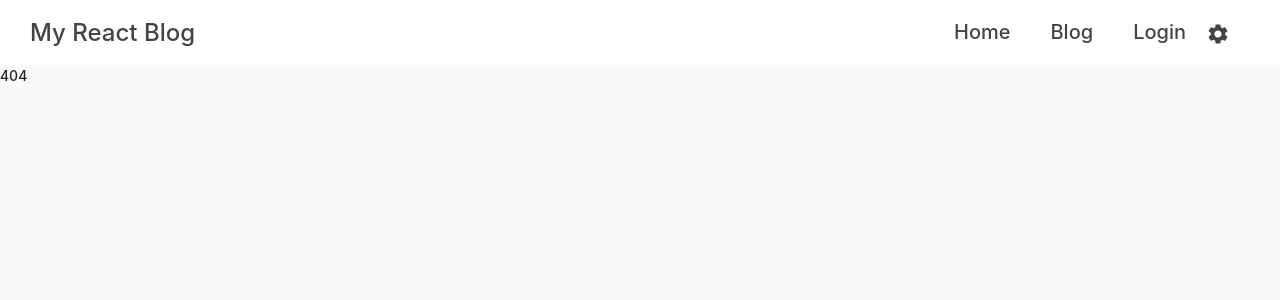
Repository: Kaycee-attah/react_blog
Page: /
An editor plug-in stored every save of this project. The page is shown before and after the next save, followed by the edit.
The browser window is 1280 px wide. The pictures show the whole page.
The project was rebuilt for these pictures with package versions that can differ from the ones it lists, and the page was loaded fresh each time.

Above is the page before, as saved 2021-10-09 17:51:25.

### src/index.js
import React from 'react';
import ReactDOM from 'react-dom';
import App from './App';
import reportWebVitals from './reportWebVitals';
import './assets/scss/base.scss';
import 'antd/dist/antd.css';
import "@quasar/extras/ionicons-v4/ionicons-v4.css";

ReactDOM.render(
  <React.StrictMode>
    <App />
  </React.StrictMode>,
  document.getElementById('root')
);

// If you want to start measuring performance in your app, pass a function
// to log results (for example: reportWebVitals(console.log))
// or send to an analytics endpoint. Learn more: https://bit.ly/CRA-vitals
reportWebVitals();

### src/App.js
import React, { useState, useEffect } from "react";
import Navigation from "./components/navigation";
import {BrowserRouter as Router, Switch, Route, Redirect} from 'react-router-dom';
import PageRenderer from "./page-renderer";
import {usersSelectedModeContext} from "./contexts/usersSelectedModeContext";
import {sidebarContext} from "./contexts/sidebarContext";
import { settingsContext } from "./contexts/settingsContext";
import {SwipeProvider} from "./contexts/swipeContext";

function App() {
  const [darkMode, setDarkMode] =useState(getInitialMode());
  const [menuActive, setMenuActive] = useState(false);
  const [settingsMenu, setSettingsMenu] = useState(false);
  useEffect(() => {
    localStorage.setItem('darkMode', JSON.stringify(darkMode));
    // return () => {
    //     cleanup
    // }
}, [darkMode])

function getInitialMode() {
    const savedMode = JSON.parse(localStorage.getItem('darkMode'));
    return savedMode || false;
};
  return (
    <Router>
      <div className={darkMode ? "App-darkMode" : "App-lightMode"}>
        <usersSelectedModeContext.Provider value={{darkMode, setDarkMode}}>
          <sidebarContext.Provider value={{menuActive, setMenuActive}}>
            < settingsContext.Provider value={{settingsMenu, setSettingsMenu}} >
              <SwipeProvider>
                <Navigation/>
                <Switch>
                  <Route path="/:page" component={PageRenderer} />
                  <Route path="/" render={() => <Redirect to="/home" />} />
                  <Route component={() => 404} />
                </Switch>
              </SwipeProvider>
            </settingsContext.Provider>
          </sidebarContext.Provider>
        </usersSelectedModeContext.Provider>
      </div>
    </Router>

  );
}

export default App;

### src/assets/scss/base.scss
 @import './_variables';
 @import './_navigation';

 .App-darkMode {
    background-color: #4c1b11;
 };

 .App-darkMode nav{
    background-color: #4c1b11;
 };

 .App-darkMode nav .settings-dropDown-Menu-Card-true .settings-dropDown-Menu{
    background-color: #4c1b11;
 };

 html body{
     font-family: -apple-system, BlinkMacSystemFont, 'Segoe UI', Roboto, Oxygen, Ubuntu, Cantarell, 'Open Sans', 'Helvetica Neue', sans-serif;
     font-weight: 500;
     margin: 0;
     background-color: $body-background-color;
 };

### src/components/navigation.js
import React, { useContext } from "react";
import { IoIosMenu } from "react-icons/io"
import { Sidebar } from "./Sidebar";
import { sidebarContext } from "../contexts/sidebarContext";
import { useSwipe } from "../contexts/swipeContext";
import { AiOutlineMore } from "react-icons/ai";
import { MdOutlineMenuOpen } from "react-icons/md";
import { settingsContext } from "../contexts/settingsContext";
import { Avatar } from 'antd';
import { UserOutlined } from '@ant-design/icons';
import { MdLightMode, MdNightlight } from "react-icons/md";
import { usersSelectedModeContext } from "../contexts/usersSelectedModeContext";

export default function Navigation(){
    const {menuActive, setMenuActive} = useContext(sidebarContext);
    const {settingsMenu, setSettingsMenu} = useContext(settingsContext);
    const {darkMode, setDarkMode} = useContext(usersSelectedModeContext);
    const { handleTouchStart } = useSwipe();
    const { handleTouchEnd } = useSwipe();
    const { handleTouchMove } = useSwipe();

    function handleMore() {
        setSettingsMenu(!settingsMenu);
    };
    return(

        <nav onTouchStart={handleTouchStart} onTouchEnd={handleTouchEnd} onTouchMove={handleTouchMove} className='Blog-Navigation'>
            <span onClick={() => setMenuActive(!menuActive)} className={`menu-icon ${!menuActive && 'active'}`}>
                <IoIosMenu style={{display: !menuActive ? "flex" : "none"}}/>
                <MdOutlineMenuOpen style={{display: menuActive ? "flex" : "none"}}/>
            </span>
            <span className="menu-title">My React Blog</span>
            <span className={`more-icon`} onClick={handleMore}>
                <AiOutlineMore />
            </span>
            <div className={`more-icon-dropDown-Menu-Card-${settingsMenu}`}>
                        <div className="more-icon-dropDown-Menu">
                            <div className="users-avatar">
                                <Avatar icon={<UserOutlined />} size={38}/>
                                <span className="users-avatar-name">Attah Kelechi</span>
                            </div>
                            <div className="toggle-mode-wrapper">
                                <div className="toggle-mode-container">
                                    <MdLightMode />
                                    <label>
                                        <input checked={darkMode} type="checkbox"/>
                                        <span onClick={() => setDarkMode(prevMode => !prevMode)} className="check"></span>
                                    </label>
                                    <MdNightlight />
                                </div>
                            </div>
                        </div>
                    </div>
            <Sidebar />
        </nav>
    )
}

### src/page-renderer.js
import React from 'react';
import { useRouteMatch } from 'react-router-dom';

const generatePage = page => {
    const component = () => require(`./pages/${page}`).default

/*---------            this generates each page dynamically         ---------*/
    try {
        return React.createElement(component())
    } catch (error) {
        console.warn(error);
 /*---------            this creates the 404 page seen         ---------*/
        return React.createElement(() => 404)
    }
}

export default function PageRenderer() {

    const {
        params: { page }
    } = useRouteMatch()

    return generatePage(page)
}

### src/contexts/usersSelectedModeContext.js
import { createContext } from "react";

export const usersSelectedModeContext = createContext(null);

### src/contexts/sidebarContext.js
import { createContext } from "react";

export const sidebarContext = createContext(false);

### src/contexts/settingsContext.js
import { createContext } from "react";

export const settingsContext = createContext(null);

### src/contexts/swipeContext.js
import React, { useContext, useState } from 'react';
import { sidebarContext } from './sidebarContext';

const SwipeAbleContext = React.createContext();

export function useSwipe() {
    return useContext(SwipeAbleContext);
}

export function SwipeProvider({ children }) {
    const {menuActive, setMenuActive} = useContext(sidebarContext);
    const [touchStart, setTouchStart] = useState(0);
    const [touchEnd, setTouchEnd] = useState(0);

    function handleTouchStart(e) {
        setTouchStart(e.targetTouches[0].clientX)
    };

    function handleTouchMove(e) {
        setTouchEnd(e.targetTouches[0].clientX)
    };

    function handleTouchEnd() {
        if(touchStart - touchEnd > 150 && menuActive) {
            setMenuActive(false)

        }

        if(touchStart - touchEnd < -150 && !menuActive) {
            setMenuActive(true);

        }
    }


    const value = {
        handleTouchStart,
        handleTouchEnd,
        handleTouchMove
    }

    return (
        <SwipeAbleContext.Provider value={value}>
            {children}
        </SwipeAbleContext.Provider>
    )
}

### src/assets/scss/_variables.scss
/*      ----------      all colors for different points in the appliation(normal screen size eg laptops)      -----------------------------------------      */
$body-background-color: #f8f9fa;
$input-type-checkbox-Checked: #f8f8f8;
$navigation-link-color-onHover: #2997ff;
$navigation-link-color: #444;
$navigation-background-color: white;
$settings-dropDown-Menu-Card-backGroundColor: #f8f8f8;
$settings-dropDown-Menu-backGroundColor: white;
$toggle-checkbox-darkMode-backgroundColor: #092c3e;
$toggle-checkbox-lightMode-backgroundColor: #f8f8f8;
$toggle-checkbox-lightMode-check-before-backgroundColor: #f8f8f8;
$toggle-checkbox-darkMode-check-after-backgroundColor: #092c3e;

/*      ----------      all colors for different points in the appliation(smaller screen sizes eg mobile devies, tablets)      -----------------------------------------      */
$sideBar-backgroundColor: #fefce4;

### src/assets/scss/_navigation.scss
.Blog-Navigation {
    height: 65px;
    width: 100%;
    background: $navigation-background-color;
    display: flex;
    justify-content: space-between;
    color: $navigation-link-color;

    .more-icon {
        display: none;
    };

    .more-icon-dropDown-Menu-Card-true {
        display: none;
    };

    .more-icon-dropDown-Menu-Card-false {
        display: none;
    }

    .menu-title {
        font-size: 24px;
        font-weight: 500;
        display: flex;
        align-items: center;
        margin-left: 30px;
    };

    .menu-content-container {
        display: flex;
        align-items: center;
        padding-right: 30px;
        ul {
            height: 100%;
            margin-block-start: 0;
            margin-block-end: 0;
            padding-inline-start: 0;
            display: flex;
            align-items: center;
            list-style-type: none;
            padding-right: 20px;

            a {
                text-decoration: none;
                padding: 0 20px 0 20px;
                font-size: 20px;
                color: $navigation-link-color;

                &:hover {
                    color: $navigation-link-color-onHover;
                };

            };

            .settings-icon {
                margin-top: 10px;
                font-size: 24px;
                font-weight: 500;
                position: relative;
            };

            .settings-dropDown-Menu-Card-true {
                background-color: $settings-dropDown-Menu-Card-backGroundColor;
                position: absolute;
                display: flex;
                justify-content: center;
                align-items: center;
                height: 150px;
                width: 20%;
                right: 1%;
                top: 65px;
                border-radius: 7px;


                .settings-dropDown-Menu {
                    background-color: $settings-dropDown-Menu-backGroundColor;
                    height: 84%;
                    width: 94%;
                    display: flex;
                    flex-direction: column;
                    justify-content: space-around;
                    align-items: center;
                    border-radius: 7px;
                    box-sizing: border-box;
                    box-shadow: 0 9px 12px rgba(0, 0, 0, 0.16), 0 3px 6px rgba(0, 0, 0, 0.23);

                    .users-avatar {
                        padding-top: 8px;
                        display: flex;
                        flex-direction: column;
                        justify-content: space-around;
                        align-items: center;
                        height: 60%;
                        width: 100%;

                        .ant-avatar {
                            border: 1px solid
                        };
                        .ant-avatar-icon {
                            margin: 0;

                            .anticon {
                                margin: 3.3px
                            }
                        }
                        .users-avatar-name {
                            font-size: 16.5px
                        };
                    };

                    .toggle-mode-wrapper {
                        height: 100%;
                        width: 100%;
                        display: flex;
                        justify-content: center;
                        align-items: center;

                        .toggle-mode-container {
                            height: 100%;
                            width: 80%;
                            display: flex;
                            flex-direction: row;
                            justify-content: space-around;
                            align-items: center;
                            border-top: 3px solid #f5f2f2;
                            padding-top: 4px;

                            input[type="checkbox"] {
                                -webkit-appearance: none;
                                visibility: hidden;
                                display: none;
                            };

                            .check {
                                position: relative;
                                display: block;
                                width: 40px;
                                height: 20px;
                                background: $toggle-checkbox-darkMode-backgroundColor;
                                cursor: pointer;
                                border-radius: 20px;
                                overflow: hidden;
                                transition: ease-in 0.5s
                            };

                            input[type="checkbox"]:checked ~ .check {
                                background: $input-type-checkbox-Checked;
                            };

                            .check:before {
                                content: "";
                                position: absolute;
                                top: 2px;
                                left: 2px;
                                background: $toggle-checkbox-lightMode-check-before-backgroundColor;
                                width: 16px;
                                height: 16px;
                                border-radius: 50%;
                                transition: 0.5s
                            };

                            input[type="checkbox"]:checked ~ .check:before {
                                transform: translateX(20px)
                            };

                            .check::after {
                                content: "";
                                position: absolute;
                                top: 2px;
                                left: 2px;
                                background: $toggle-checkbox-darkMode-check-after-backgroundColor;
                                width: 16px;
                                height: 16px;
                                border-radius: 50%;
                                transition: 0.5s;
                                transform: translateX(-20px)
                            };

                            input[type="checkbox"]:checked ~ .check::after {
                                transform: translateX(20px)
                            }
                        };
                    };
                };
            };

            .settings-dropDown-Menu-Card-false {
                display: none;
            };
        };
    };

    .menu-icon {
        margin-top: 10px;
        font-size: 33px;
        display: none;
        cursor: pointer
    };

};

@media screen and (max-width: 900px) {
    .Blog-Navigation {
        // position: relative;

        .menu-icon {
            display: flex;
                margin-left: 10px;
                margin-top: 0;
                justify-content: flex-end;
                align-items: center;
                position: relative;

            // &.active {
            //     display: flex;
            //     margin-left: 10px;
            //     margin-top: 0;
            //     justify-content: flex-end;
            //     align-items: center;

            // };
        };

        .menu-title {
            margin-left: 0;


        };
        .more-icon {
            display: flex;
            font-size: 32px;
            justify-content: center;
            align-items: center;
            margin-right: 10px;
            position: relative;
            cursor: pointer;
        };

        .more-icon-dropDown-Menu-Card-true {
            background-color: $settings-dropDown-Menu-Card-backGroundColor;
            position: absolute;
            display: flex;
            justify-content: center;
            align-items: center;
            height: 150px;
            width: 50%;
            right: 1%;
            top: 65px;
            border-radius: 7px;


            .more-icon-dropDown-Menu {
                background-color: $settings-dropDown-Menu-backGroundColor;
                height: 84%;
                width: 94%;
                display: flex;
                flex-direction: column;
                justify-content: space-around;
                align-items: center;
                border-radius: 7px;
                box-sizing: border-box;
                box-shadow: 0 9px 12px rgba(0, 0, 0, 0.16), 0 3px 6px rgba(0, 0, 0, 0.23);

                .users-avatar {
                    padding-top: 8px;
                    display: flex;
                    flex-direction: column;
                    justify-content: space-around;
                    align-items: center;
                    height: 60%;
                    width: 100%;

                    .ant-avatar {
                        border: 1px solid
                    };
                    .ant-avatar-icon {
                        margin: 0;

                        .anticon {
                            margin: 3.3px
                        }
                    }
                    .users-avatar-name {
                        font-size: 16.5px
                    };
                };

                .toggle-mode-wrapper {
                    height: 100%;
                    width: 100%;
                    display: flex;
                    justify-content: center;
                    align-items: center;

                    .toggle-mode-container {
                        height: 100%;
                        width: 80%;
                        display: flex;
                        flex-direction: row;
                        justify-content: space-around;
                        align-items: center;
                        border-top: 3px solid #f5f2f2;
                        padding-top: 4px;

                        input[type="checkbox"] {
                            -webkit-appearance: none;
                            visibility: hidden;
                            display: none;
                        };

                        .check {
                            position: relative;
                            display: block;
                            width: 40px;
                            height: 20px;
                            background: $toggle-checkbox-darkMode-backgroundColor;
                            cursor: pointer;
                            border-radius: 20px;
                            overflow: hidden;
                            transition: ease-in 0.5s
                        };

                        input[type="checkbox"]:checked ~ .check {
                            background: $input-type-checkbox-Checked;
                        };

                        .check:before {
                            content: "";
                            position: absolute;
                            top: 2px;
                            left: 2px;
                            background: $toggle-checkbox-lightMode-check-before-backgroundColor;
                            width: 16px;
                            height: 16px;
                            border-radius: 50%;
                            transition: 0.5s
                        };

                        input[type="checkbox"]:checked ~ .check:before {
                            transform: translateX(20px)
                        };

                        .check::after {
                            content: "";
                            position: absolute;
                            top: 2px;
                            left: 2px;
                            background: $toggle-checkbox-darkMode-check-after-backgroundColor;
                            width: 16px;
                            height: 16px;
                            border-radius: 50%;
                            transition: 0.5s;
                            transform: translateX(-20px)
                        };

                        input[type="checkbox"]:checked ~ .check::after {
                            transform: translateX(20px)
                        }
                    };
                };
            };
        };

        .more-icon-dropDown-Menu-Card-false {
            display: none;
        };

        .menu-content-container {
            width: 300px;
            height: calc(100% - 65px);
            background: $sideBar-backgroundColor;
            position: absolute;
            top: 65px;
            left: -300px;
            transition: 300ms ease left;
            flex-direction: column-reverse;
            padding: 0;

            &.active {
                left: 0px;
            };

            li {
                height: 65px;
                display: flex;
                align-items: center;
                justify-content: center;

                a {
                    width: 100%;
                    padding: 0;
                    display: flex;
                align-items: center;
                justify-content: center;

                };
            }

            ul {
                flex-direction: column;
                justify-content: flex-start;
                padding: 30px 0 0 0;


                .settings-icon {
                    display: none;
                };

                .settings-dropDown-Menu-Card-true {
                    display: none;
                };

                .settings-dropDown-Menu-Card-false {
                    display: none;
                };
            };

            ul,li{
                width: 100%;
            }

        };
    };
};

@media screen and (max-width: 400px) {
    .Blog-Navigation {

        .more-icon-dropDown-Menu-Card-true {
            width: 80%;
        };

        .menu-content-container {
            width: 230px;
        }
    };
};

Loaded but not shown: src/reportWebVitals.js (common file); src/components/Sidebar.js (83 lines, source omitted)

After the next save:
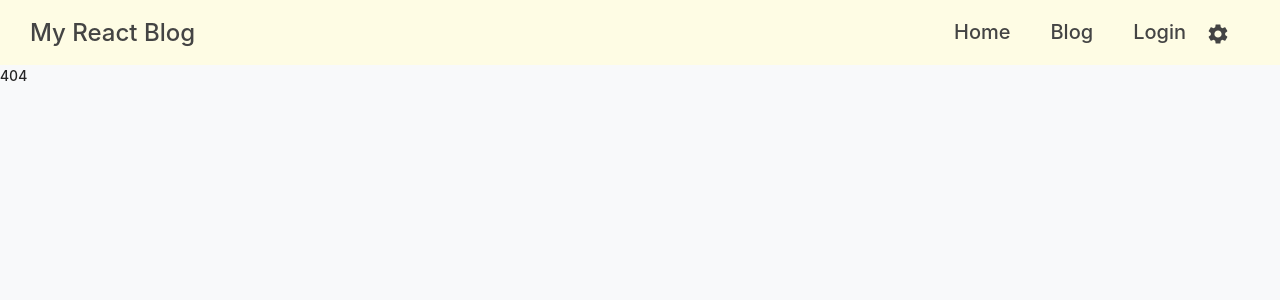
Saved 24 s later.
--- a/src/assets/scss/_variables.scss
+++ b/src/assets/scss/_variables.scss
@@ -3,7 +3,7 @@
 $input-type-checkbox-Checked: #f8f8f8;
 $navigation-link-color-onHover: #2997ff;
 $navigation-link-color: #444;
-$navigation-background-color: white;
+$navigation-background-color: #fefce4;
 $settings-dropDown-Menu-Card-backGroundColor: #f8f8f8;
 $settings-dropDown-Menu-backGroundColor: white;
 $toggle-checkbox-darkMode-backgroundColor: #092c3e;

After the 2 saves that followed:
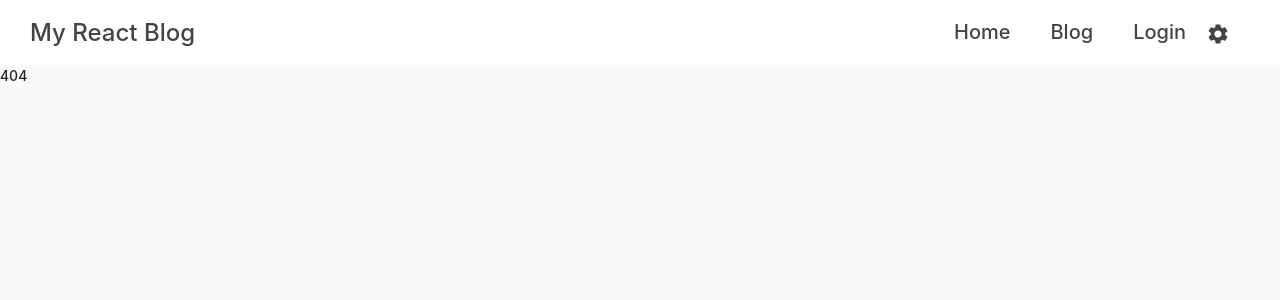
The 2 saves are shown as one change because 1 left the picture as it was.
The last was saved 4 min 44 s later.
--- a/src/assets/scss/base.scss
+++ b/src/assets/scss/base.scss
@@ -13,6 +13,12 @@
     background-color: #4c1b11;
  };
 
+ @media screen and (max-width: 900px) {
+   .App-darkMode nav .menu-content-container {
+      background-color: #4c1b11;
+   }
+ }
+
  html body{
      font-family: -apple-system, BlinkMacSystemFont, 'Segoe UI', Roboto, Oxygen, Ubuntu, Cantarell, 'Open Sans', 'Helvetica Neue', sans-serif;
      font-weight: 500;
--- a/src/assets/scss/_variables.scss
+++ b/src/assets/scss/_variables.scss
@@ -3,7 +3,7 @@
 $input-type-checkbox-Checked: #f8f8f8;
 $navigation-link-color-onHover: #2997ff;
 $navigation-link-color: #444;
-$navigation-background-color: #fefce4;
+$navigation-background-color: white;
 $settings-dropDown-Menu-Card-backGroundColor: #f8f8f8;
 $settings-dropDown-Menu-backGroundColor: white;
 $toggle-checkbox-darkMode-backgroundColor: #092c3e;
@@ -12,4 +12,4 @@
 $toggle-checkbox-darkMode-check-after-backgroundColor: #092c3e;
 
 /*      ----------      all colors for different points in the appliation(smaller screen sizes eg mobile devies, tablets)      -----------------------------------------      */
-$sideBar-backgroundColor: #fefce4;
+$sideBar-backgroundColor: white;
